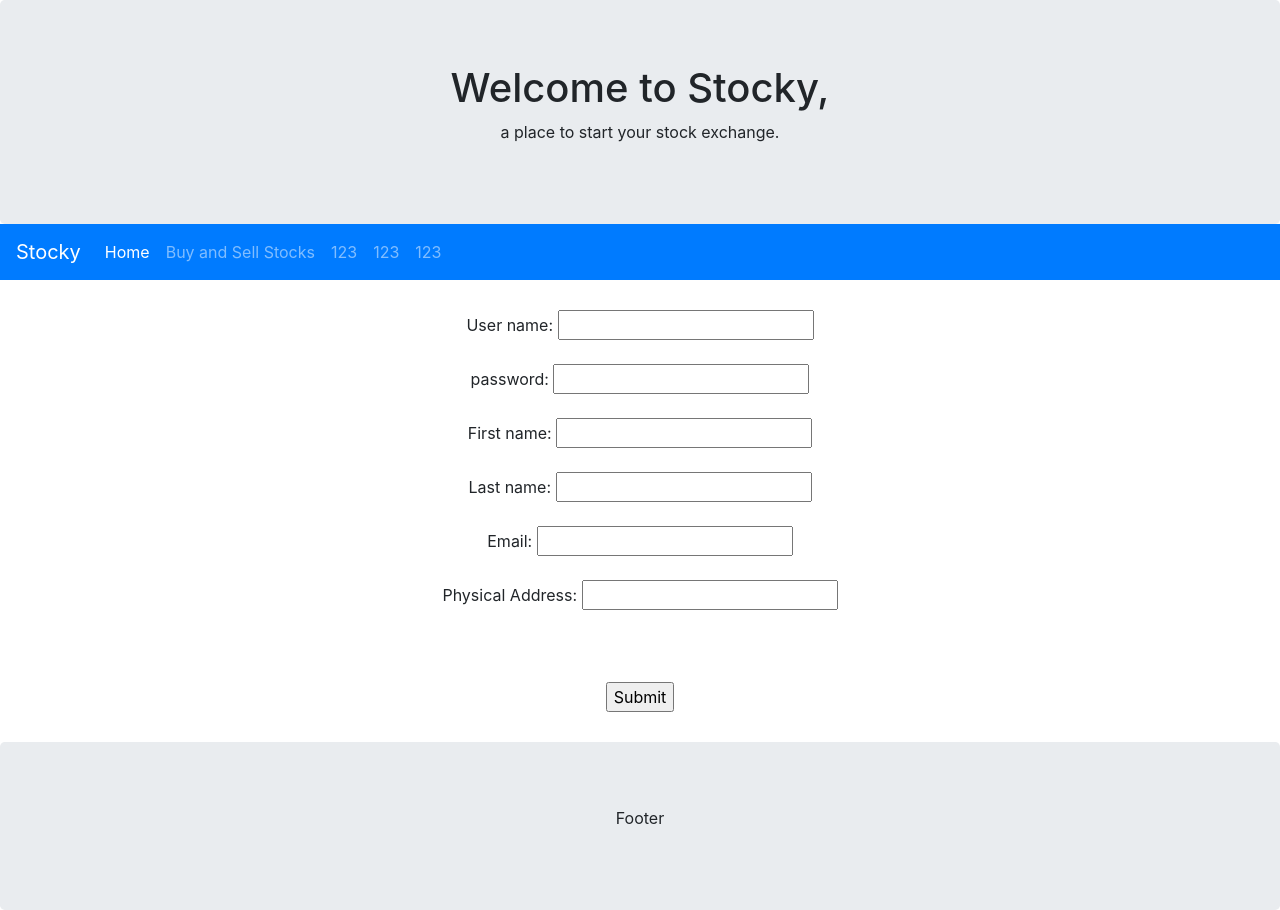
Repository: madfufuu/stocky
Page: http://localhost/stocky/signup.jsp
The author's editor kept a copy of each file at every save. The page is drawn from the files as they stood at one save, then again after the next save.
The browser window is 1280 px wide. The pictures show the whole page.
The page is served by Tomcat 9.

Above is the page before, as saved 2019-11-27 21:33:18.

After the next save:
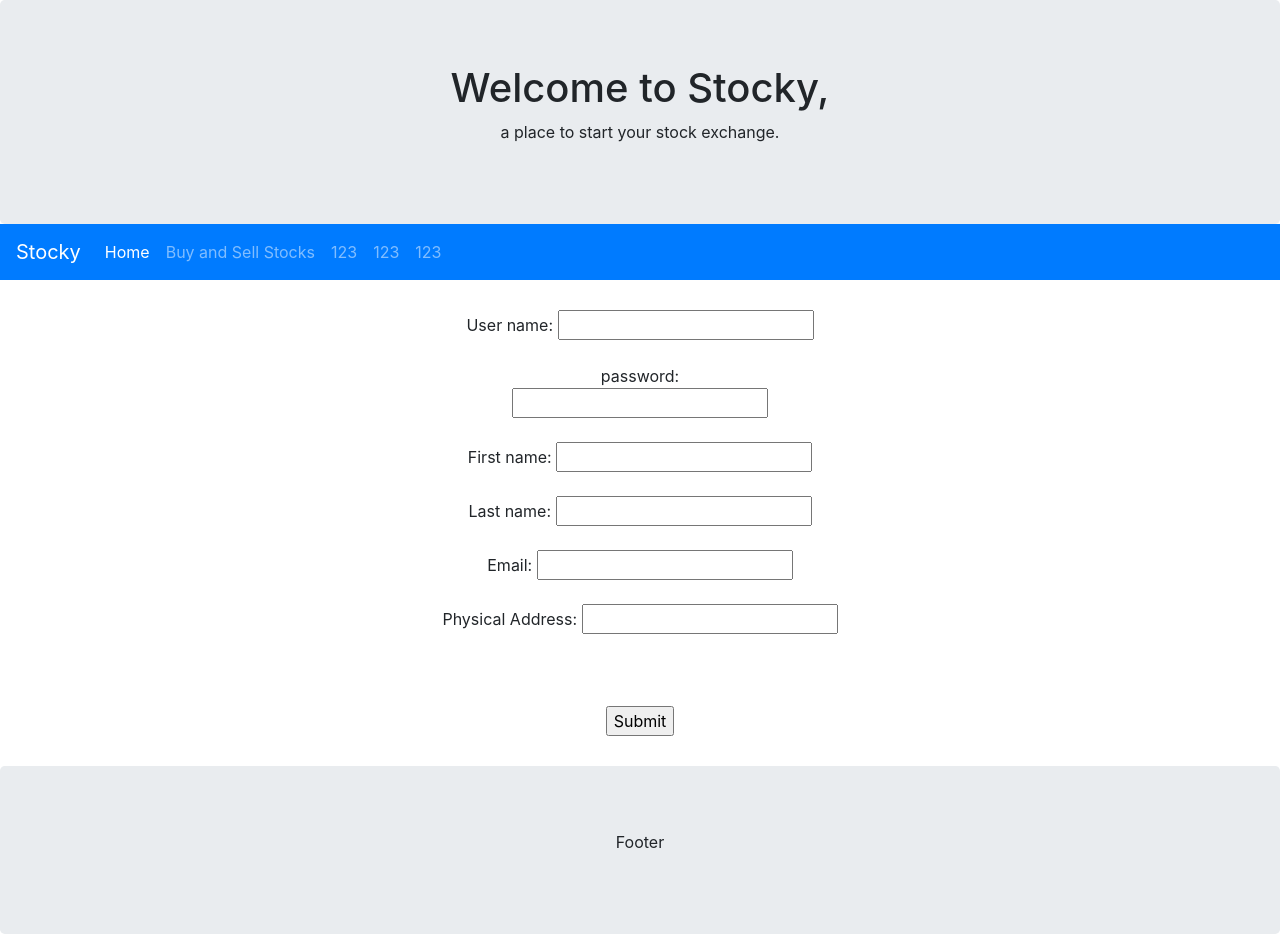
Saved 30 s later.
--- a/stocky-new-master/stocky/WebContent/signup.jsp
+++ b/stocky-new-master/stocky/WebContent/signup.jsp
@@ -55,7 +55,7 @@
 
 	<form id="signupForm" action="SignUpCheck" method="post">
 		User name: <input type="text" name="userid" /><br />
-		<br /> password: <input type="password" name="password" /><br />
+		<br /> password: <br /><input type="password" name="password" /><br />
 		<br /> First name: <input type="text" name="fname" /><br />
 		<br /> Last name: <input type="text" name="lname" /><br />
 		<br /> Email: <input type="text" name="email" /><br />

After the save that followed:
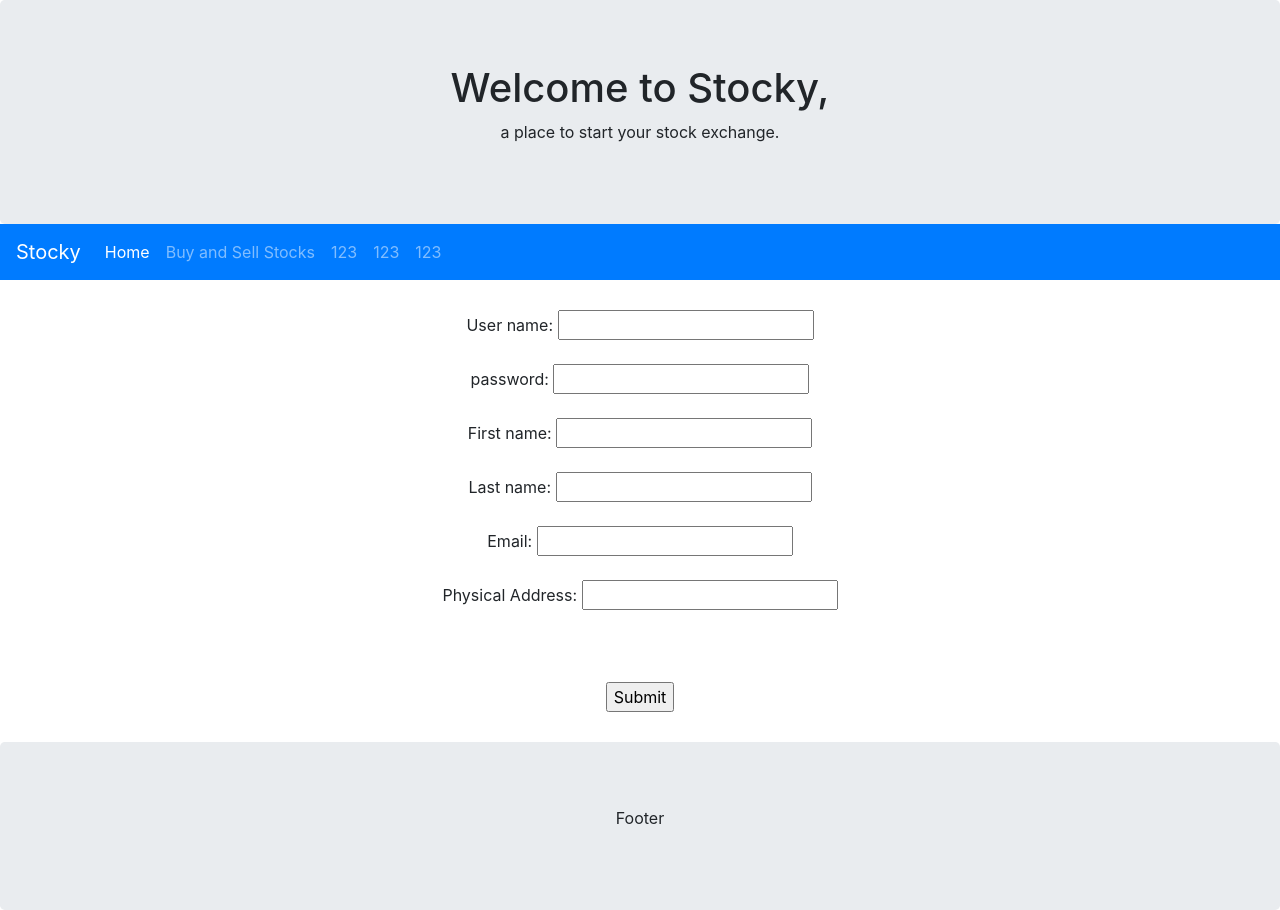
Saved 7 s later.
--- a/stocky-new-master/stocky/WebContent/signup.jsp
+++ b/stocky-new-master/stocky/WebContent/signup.jsp
@@ -55,7 +55,7 @@
 
 	<form id="signupForm" action="SignUpCheck" method="post">
 		User name: <input type="text" name="userid" /><br />
-		<br /> password: <br /><input type="password" name="password" /><br />
+		<br /> password: <input type="password" name="password" /><br />
 		<br /> First name: <input type="text" name="fname" /><br />
 		<br /> Last name: <input type="text" name="lname" /><br />
 		<br /> Email: <input type="text" name="email" /><br />
